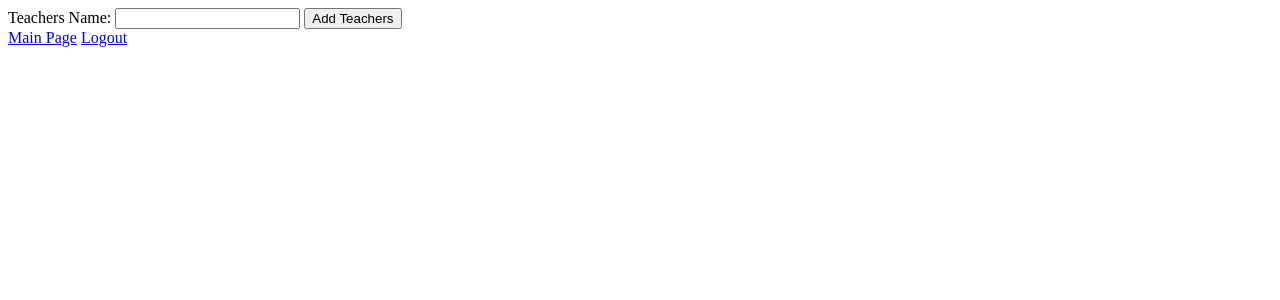
Repository: govardhan71/Learners-Academy-Project-Phase-2
Page: http://localhost/LearnersAcademyPhase-2/addteachers.jsp
An editor plug-in stored every save of this project. The page is shown before and after the next save, followed by the edit.
The browser window is 1280 px wide. The pictures show the whole page.
The page is served by Tomcat 9.

Above is the page before, as saved 2021-06-02 11:49:14.

After the next save:
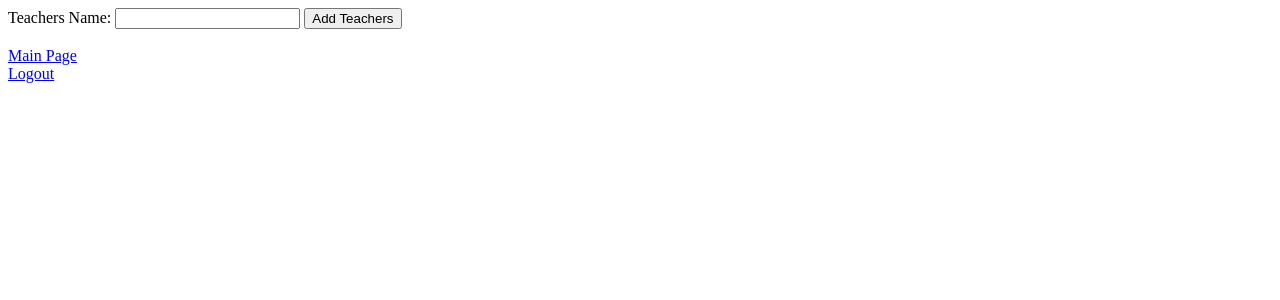
Saved 56 s later.
--- a/LearnersAcademyPhase-2/WebContent/addteachers.jsp
+++ b/LearnersAcademyPhase-2/WebContent/addteachers.jsp
@@ -18,7 +18,8 @@
 <input type="submit" value="Add Teachers">
 
 </form>
-<td><a href=learnersacademy.jsp>Main Page</a></td></tr>
+<br>
+<td><a href=learnersacademy.jsp>Main Page</a></td></tr><br>
 <td><a href=logout.jsp>Logout</a></td></tr>
 </body>
 </html>
